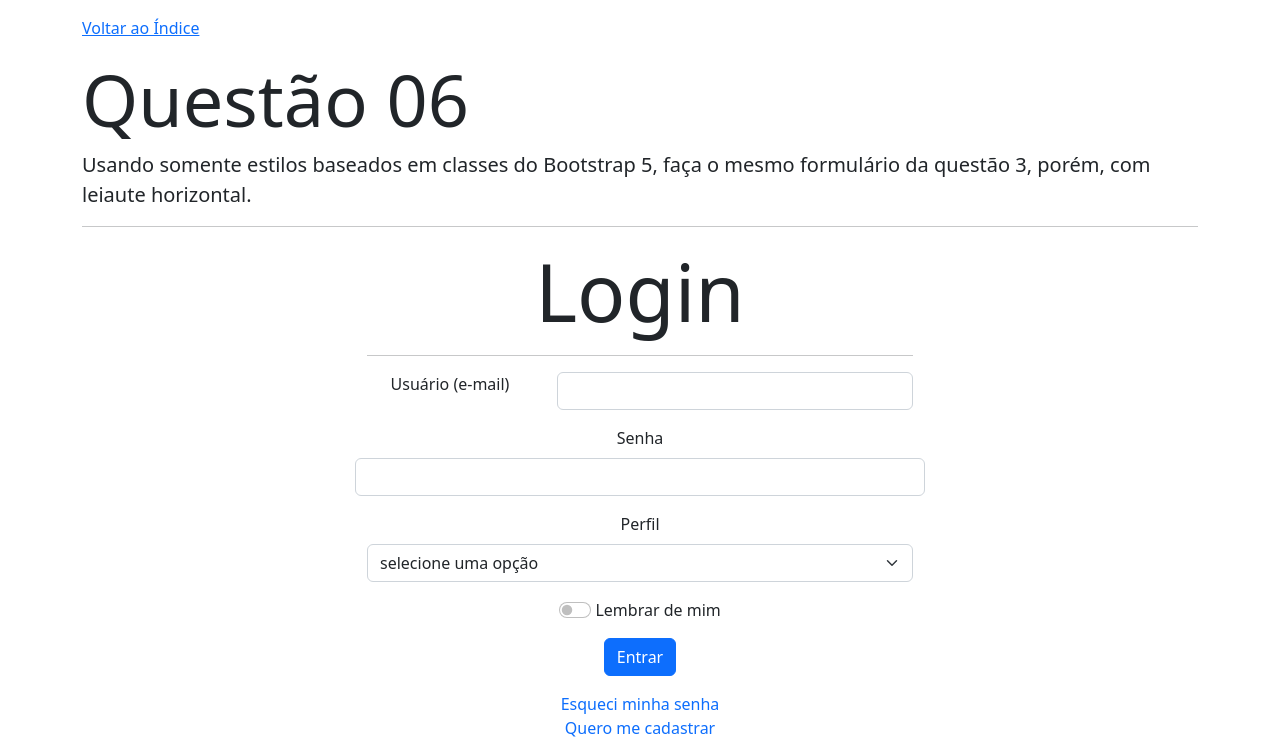
Repository: In-Game-full/Reprograme-se
Page: S-8/Atividade-Pratica-da-Semana-3-do-Replit/questao06.html
An editor plug-in stored every save of this project. The page is shown before and after a run of saves, followed by the edit.
The browser window is 1280 px wide. The pictures show the whole page.

Above is the page before, as saved 2023-09-12 15:08:41.

After the next 6 saves:
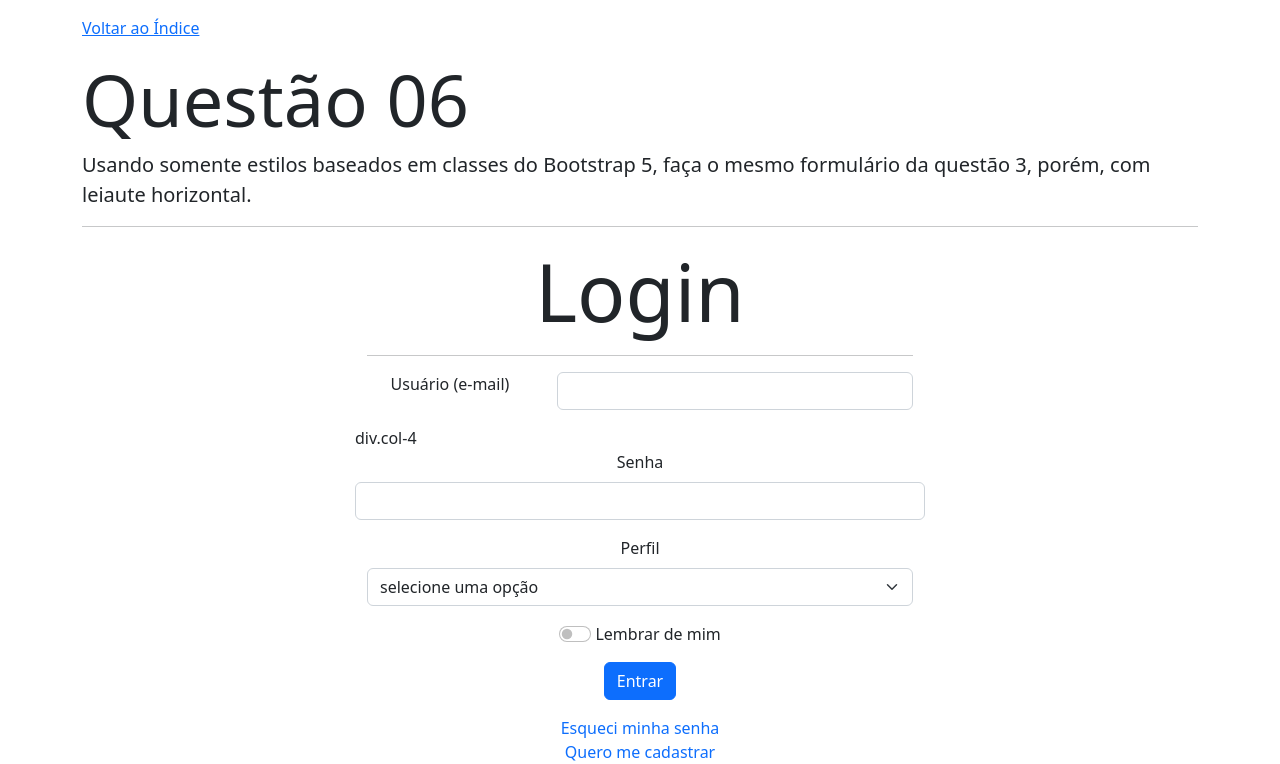
The 6 saves are shown as one change because they came seconds apart.
The last was saved 14 s later.
--- a/S-8/Atividade-Pratica-da-Semana-3-do-Replit/questao06.html
+++ b/S-8/Atividade-Pratica-da-Semana-3-do-Replit/questao06.html
@@ -36,6 +36,7 @@
                         </div>
                     </div>
                     <div class="row mb-3">
+                        div.col-4
                         <label for="senha" class="form-label">Senha</label>
                         <input type="text" id="senha" class="form-control">
                     </div>

After the save that followed:
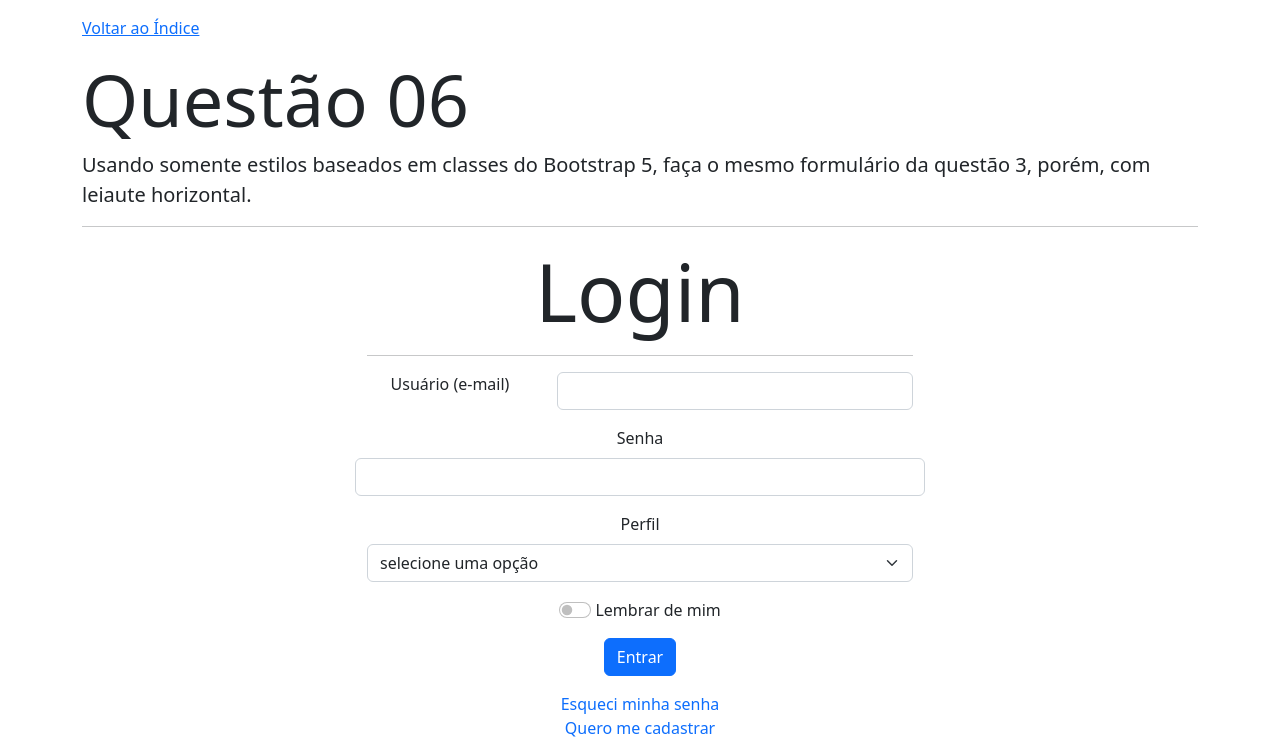
Saved 12 s later.
--- a/S-8/Atividade-Pratica-da-Semana-3-do-Replit/questao06.html
+++ b/S-8/Atividade-Pratica-da-Semana-3-do-Replit/questao06.html
@@ -36,7 +36,7 @@
                         </div>
                     </div>
                     <div class="row mb-3">
-                        div.col-4
+                        <div class="col-4"></div>
                         <label for="senha" class="form-label">Senha</label>
                         <input type="text" id="senha" class="form-control">
                     </div>
